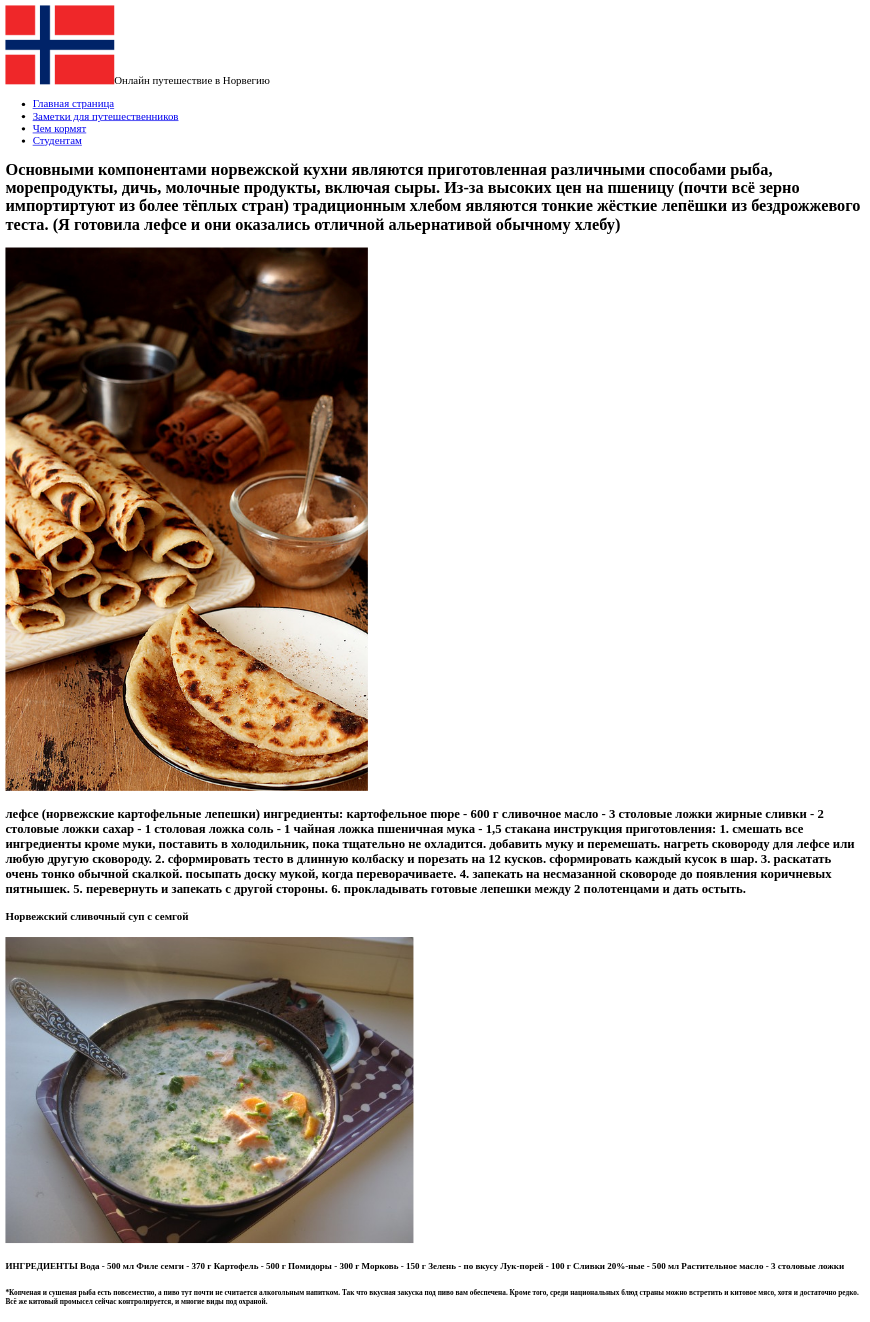
Repository: ryabinina-ekaterina/ryabinina-ekaterina.githab.io
Page: week11/week1.html
The author's editor kept a record of every edit. The page is drawn from the files as they stood at one moment, then again after the next edit.
The browser window is 1280 px wide. The pictures show the whole page, at 68% of full size.

Above is the page before.

### week11/week1.html
<!doctype html>
<html>
    <head>
        <meta charset="utf-8">
        <title>Культура Норвегии</title>
    </head>
    <body>
        <header>
        <img src="160px-Flag_of_Norway.svg.png"
        <h1>Онлайн путешествие в Норвегию</h1>
        </header>
        <div>
        <nav>
            <ul>
           <li><a href="index.html">Главная страница </a></li>
           <li><a href="week0.html">Заметки для путешественников </a></li>
           <li><a href="week1.html">Чем кормят</a></li>                                        </a></li>
           <li><a href="week2.html">Студентам</a></li>
            </ul>
        </nav>
        <main>
        <h2>Основными компонентами норвежской кухни являются приготовленная различными способами рыба, морепродукты, дичь, молочные продукты, включая сыры. Из-за высоких цен на пшеницу (почти всё зерно импортиртуют из более тёплых стран) традиционным хлебом являются тонкие жёсткие лепёшки из бездрожжевого теста. (Я готовила лефсе и они оказались отличной альернативой обычному хлебу)</h2>
        <img src= "47135768471_a8626ac183_c.jpg"
        </main>
        <div>
             <h3>лефсе (норвежские картофельные лепешки)

ингредиенты:

картофельное пюре - 600 г
сливочное масло - 3 столовые ложки
жирные сливки - 2 столовые ложки
сахар - 1 столовая ложка
соль - 1 чайная ложка
пшеничная мука - 1,5 стакана

инструкция приготовления:

1. смешать все ингредиенты кроме муки, поставить в холодильник, пока тщательно не охладится. добавить муку и перемешать. нагреть сковороду для лефсе или любую другую сковороду.
2. сформировать тесто в длинную колбаску и порезать на 12 кусков. сформировать каждый кусок в шар.
3. раскатать очень тонко обычной скалкой.
посыпать доску мукой, когда переворачиваете.
4. запекать на несмазанной сковороде до появления коричневых пятнышек.
5. перевернуть и запекать с другой стороны.
6. прокладывать готовые лепешки между 2 полотенцами и дать остыть.</h3>
        </main>
        </div>
        <h4>Норвежский сливочный суп с семгой</h4>
        </main>
        </div>
        <img src= "33527_600.jpg"
        </main>
        <div>
            <h5>ИНГРЕДИЕНТЫ

Вода - 500 мл
Филе семги - 370 г
Картофель - 500 г
Помидоры - 300 г
Морковь - 150 г
Зелень - по вкусу
Лук-порей - 100 г
Сливки 20%-ные - 500 мл
Растительное масло - 3 столовые ложки </h5>
        </main>
        </div>
            <h6>*Копченая и сушеная рыба есть повсеместно, а пиво тут почти не считается алкогольным напитком. Так что вкусная закуска под пиво вам обеспечена. Кроме того, среди национальных блюд страны можно встретить и китовое мясо, хотя и достаточно редко. Всё же китовый промысел сейчас контролируется, и многие виды под охраной.</h6>
        </body>
</html>

After the next edit:
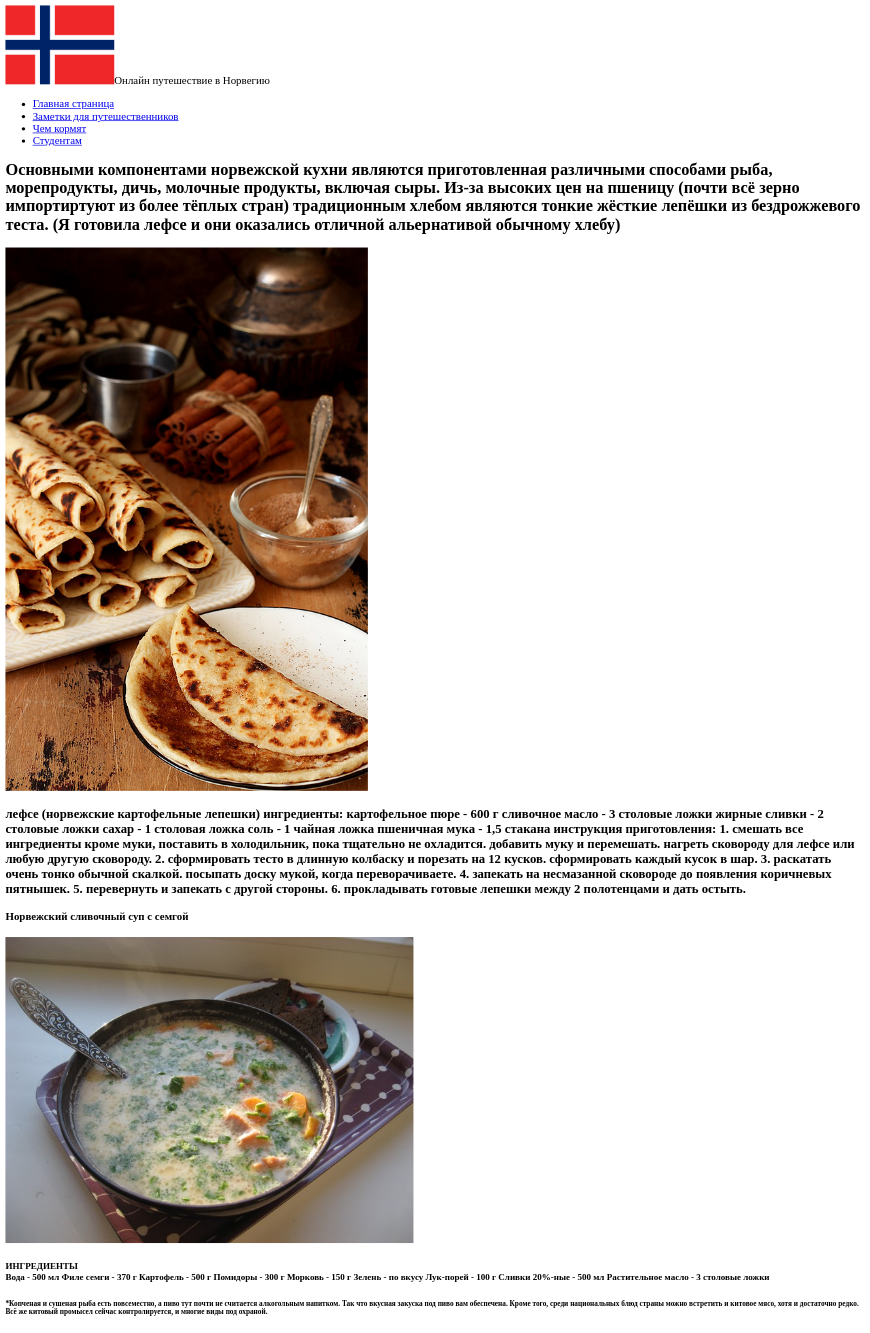
The edit:
--- a/week11/week1.html
+++ b/week11/week1.html
@@ -51,7 +51,9 @@
         <img src= "33527_600.jpg"
         </main>
         <div>
-            <h5>ИНГРЕДИЕНТЫ
+            <h5> ИНГРЕДИЕНТЫ
+            </main>
+        <div>
 
 Вода - 500 мл
 Филе семги - 370 г
